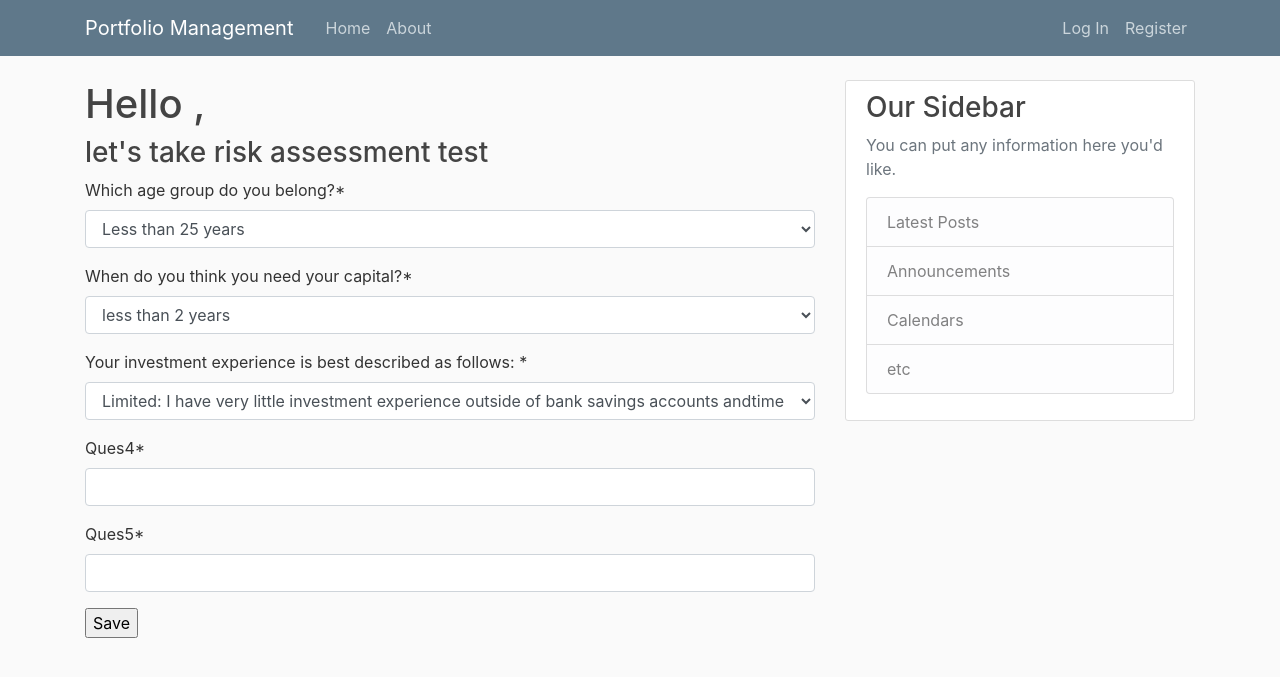
Repository: rahulsolankib/portfolio
Page: http://localhost/questions/
The author's editor kept a copy of each file at every save. The page is drawn from the files as they stood at one save, then again after the next save.
The browser window is 1280 px wide. The pictures show the whole page.
The page is served by the project's application, run on Django 3.2 (manage.py). Other server files are loaded and not shown.

Above is the page before, as saved 2020-10-20 00:42:01.

### riskCalculator/templates/riskCalculator/questions.html
{% extends "startPage/base.html" %}
{% load crispy_forms_tags %}
{% crispy example_form %}


{% block content %}
    <h1>Hello {{user.username}},</h1>
    <h3>let's take risk assessment test</h3>
    <form method='POST'>
        {% csrf_token %}
        {{formRec | crispy}}

        <input type='submit' value="Save" />
    </form>

{% endblock content %}

### startPage/templates/startPage/base.html
{% load static %}
<!DOCTYPE html>
<html>
<head>
    <meta charset="utf-8">
    <meta name="viewport" content="width=device-width, initial-scale=1, shrink-to-fit=no">

    <!-- Bootstrap CSS -->
    <link rel="stylesheet" href="https://stackpath.bootstrapcdn.com/bootstrap/4.5.2/css/bootstrap.min.css" integrity="sha384-JcKb8q3iqJ61gNV9KGb8thSsNjpSL0n8PARn9HuZOnIxN0hoP+VmmDGMN5t9UJ0Z" crossorigin="anonymous">

    <link rel="stylesheet" type="text/css" href="{% static 'startPage/main.css' %}">
    {% if title %}
        <title>Django - {{title}}</title>
    {% else %}
        <title>Django</title>
    {% endif %}
</head>
<body>
    <header class="site-header">
        <nav class="navbar navbar-expand-md navbar-dark bg-steel fixed-top">
            <div class="container">
            <a class="navbar-brand mr-4" href="{% url 'Start-Page' %}">Portfolio Management</a>
            <button class="navbar-toggler" type="button" data-toggle="collapse" data-target="#navbarToggle" aria-controls="navbarToggle" aria-expanded="false" aria-label="Toggle navigation">
            <span class="navbar-toggler-icon"></span>
            </button>
            <div class="collapse navbar-collapse" id="navbarToggle">
                <div class="navbar-nav mr-auto">
                <a class="nav-item nav-link" href="{% url 'Start-Page' %}">Home</a>
                <a class="nav-item nav-link" href="{% url 'About-Page' %}">About</a>
                {% if user.is_authenticated %}
                    <a class="nav-item nav-link" href="{% url 'questions' %}">Risk-Assessment</a>
                {% endif%}
                </div>
                <!-- Navbar Right Side -->
                <div class="navbar-nav">
                {% if user.is_authenticated %}
                    <a class="nav-item nav-link" href="{% url 'profile' %}">@{{user.username}}</a>
                    <a class="nav-item nav-link" href="{% url 'logout' %}">Log Out</a>
                {% else %}
                    <a class="nav-item nav-link" href="{% url 'login' %}">Log In</a>
                    <a class="nav-item nav-link" href="{% url 'register' %}">Register</a>
                {% endif%}
                </div>
            </div>
            </div>
        </nav>
    </header>
    <main role="main" class="container">
        <div class="row">
            <div class="col-md-8">
                {% if messages %}
                    {% for message in messages%}
                        <div class="alert alert-{{message.tags}}">
                            {{message}}
                        </div>
                    {% endfor %}
                {% endif %}
                {% block content %}{% endblock %}
            </div>
            <div class="col-md-4">
            <div class="content-section">
                <h3>Our Sidebar</h3>
                <p class='text-muted'>You can put any information here you'd like.
                <ul class="list-group">
                    <li class="list-group-item list-group-item-light">Latest Posts</li>
                    <li class="list-group-item list-group-item-light">Announcements</li>
                    <li class="list-group-item list-group-item-light">Calendars</li>
                    <li class="list-group-item list-group-item-light">etc</li>
                </ul>
                </p>
            </div>
            </div>
        </div>
    </main>


    <script src="https://code.jquery.com/jquery-3.5.1.slim.min.js" integrity="sha384-DfXdz2htPH0lsSSs5nCTpuj/zy4C+OGpamoFVy38MVBnE+IbbVYUew+OrCXaRkfj" crossorigin="anonymous"></script>
    <script src="https://cdn.jsdelivr.net/npm/popper.js@1.16.1/dist/umd/popper.min.js" integrity="sha384-9/reFTGAW83EW2RDu2S0VKaIzap3H66lZH81PoYlFhbGU+6BZp6G7niu735Sk7lN" crossorigin="anonymous"></script>
    <script src="https://stackpath.bootstrapcdn.com/bootstrap/4.5.2/js/bootstrap.min.js" integrity="sha384-B4gt1jrGC7Jh4AgTPSdUtOBvfO8shuf57BaghqFfPlYxofvL8/KUEfYiJOMMV+rV" crossorigin="anonymous"></script>
</body>
</html>

### riskCalculator/forms.py
from django import forms

from .models import Que,RiskModel


class QForm(forms.Form):
    age_group=(
            (4,'Less than 25 years')
            ,(3,'25-35 years')
            ,(2,'36-40 years')
            ,(1,'51 above')
    )

    returnyear_group=(
            (1,'less than 2 years')
            ,(2,'2-5 years')
            ,(3,'more than 5 years')
    )

    experience_group=(
            (1,'Limited: I have very little investment experience outside of bank savings accounts andtime deposits. Slightly related')
            ,(2,'Moderate: I have some experience investing')
            ,(3,'Extensive: I am an active and experienced investor')
    )

    ques1 = forms.TypedChoiceField(label='Which age group do you belong?',choices=age_group, coerce=int, initial=4)
    ques2 = forms.TypedChoiceField(label='When do you think you need your capital?',choices=returnyear_group, coerce=int, initial=1)
    ques3 = forms.TypedChoiceField(label='Your investment experience is best described as follows: ',choices=experience_group, coerce=int, initial=1)
    ques4 = forms.CharField()
    ques5 = forms.CharField()


class QueForm(forms.ModelForm):
    class Meta:
        model = Que
        fields = ['ques1','ques2','ques3','ques4','ques5']


class RiskForm(forms.ModelForm):
    class Meta:
        model = RiskModel
        fields = ['userid','risk_score']

### riskCalculator/models.py
from django.db import models
# from user.forms import User

# Create your models here.
class Que(models.Model):
    ques1 = models.CharField(max_length=120)
    ques2 = models.CharField(max_length=120)
    ques3 = models.CharField(max_length=120)
    ques4 = models.CharField(max_length=120)
    ques5 = models.CharField(max_length=120)

class RiskModel(models.Model):
    userid = models.IntegerField(unique=True)
    risk_score = models.DecimalField(
                         max_digits = 5,
                         decimal_places = 2)

### riskCalculator/views.py
from django.shortcuts import render
from .forms import QueForm,RiskForm,QForm

from .models import RiskModel

def questions(request):
    formRec = QForm(request.POST or None)
    context = {
        'formRec': formRec
    }
    userid = request.user.id


    data = {'userid' : userid, 'risk_score':32}
    form = RiskForm(data)
    if form.is_valid():
        profile = form.save(commit = True)
        profile.user = request.user
        profile.save()

    return render(request,'riskCalculator/questions.html',context)

### portfolio/urls.py
"""portfolio URL Configuration

The `urlpatterns` list routes URLs to views. For more information please see:
    https://docs.djangoproject.com/en/3.1/topics/http/urls/
Examples:
Function views
    1. Add an import:  from my_app import views
    2. Add a URL to urlpatterns:  path('', views.home, name='home')
Class-based views
    1. Add an import:  from other_app.views import Home
    2. Add a URL to urlpatterns:  path('', Home.as_view(), name='home')
Including another URLconf
    1. Import the include() function: from django.urls import include, path
    2. Add a URL to urlpatterns:  path('blog/', include('blog.urls'))
"""
from django.contrib import admin
from django.contrib.auth import views as auth_views
from django.urls import path,include
from user import views as user_views
from riskCalculator import views as riskCalculator_views

urlpatterns = [
    path('admin/', admin.site.urls),
    path('register/',user_views.register,name='register'),
    path('profile/',user_views.profile,name='profile'),
    path('',include('startPage.urls')),
    path('login/',auth_views.LoginView.as_view(template_name="user/login.html"),name='login'),
    path('logout/',auth_views.LogoutView.as_view(template_name="user/logout.html"),name='logout'),
    path('questions/',riskCalculator_views.questions,name='questions')
]

### startPage/urls.py
from django.urls import path
from . import views

urlpatterns = [
    path('', views.home,name="Start-Page"),
    path('about/', views.about,name="About-Page"),
]

### startPage/static/startPage/main.css
body {
    background: #fafafa;
    color: #333333;
    margin-top: 5rem;
  }

  h1, h2, h3, h4, h5, h6 {
    color: #444444;
  }

  ul {
    margin: 0;
  }

  .bg-steel {
    background-color: #5f788a;
  }

  .site-header .navbar-nav .nav-link {
    color: #cbd5db;
  }

  .site-header .navbar-nav .nav-link:hover {
    color: #ffffff;
  }

  .site-header .navbar-nav .nav-link.active {
    font-weight: 500;
  }

  .content-section {
    background: #ffffff;
    padding: 10px 20px;
    border: 1px solid #dddddd;
    border-radius: 3px;
    margin-bottom: 20px;
  }

  .article-title {
    color: #444444;
  }

  a.article-title:hover {
    color: #428bca;
    text-decoration: none;
  }

  .article-content {
    white-space: pre-line;
  }

  .article-img {
    height: 65px;
    width: 65px;
    margin-right: 16px;
  }

  .article-metadata {
    padding-bottom: 1px;
    margin-bottom: 4px;
    border-bottom: 1px solid #e3e3e3
  }

  .article-metadata a:hover {
    color: #333;
    text-decoration: none;
  }

  .article-svg {
    width: 25px;
    height: 25px;
    vertical-align: middle;
  }

  .account-img {
    height: 125px;
    width: 125px;
    margin-right: 20px;
    margin-bottom: 16px;
  }

  .account-heading {
    font-size: 2.5rem;
  }

After the next save:
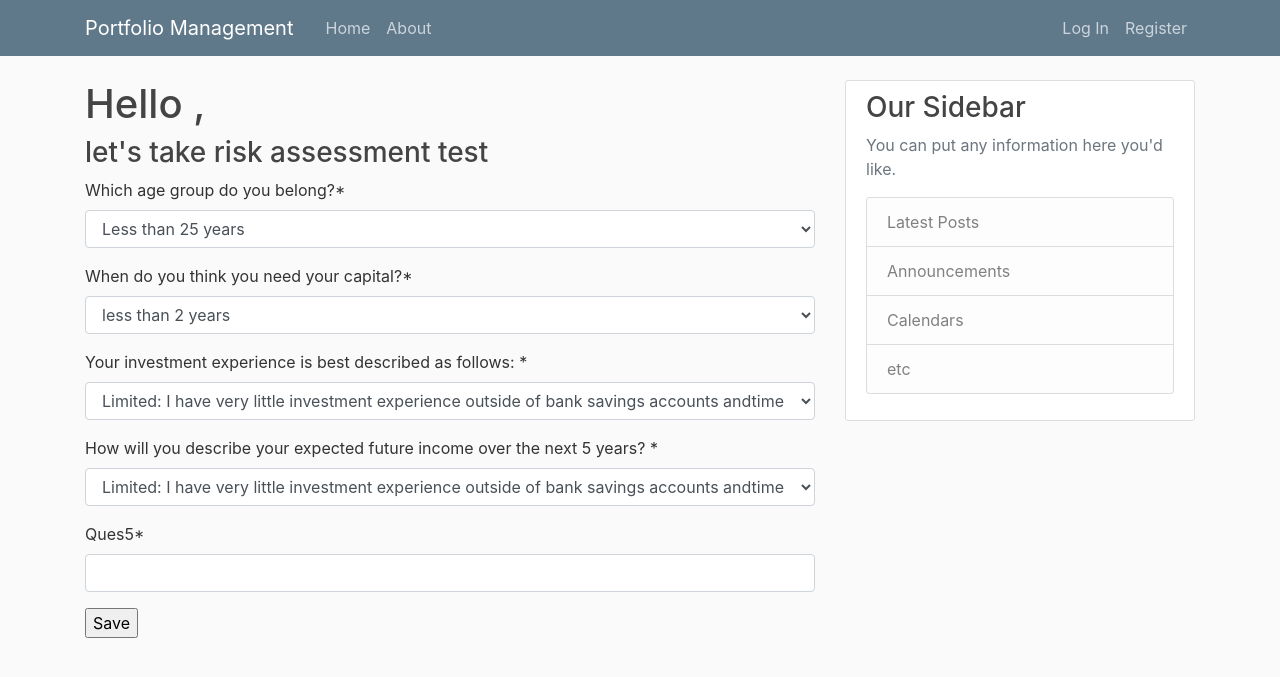
Saved 6 min 27 s later.
--- a/riskCalculator/forms.py
+++ b/riskCalculator/forms.py
@@ -23,10 +23,15 @@ class QForm(forms.Form):
             ,(3,'Extensive: I am an active and experienced investor')
     )
 
+    income_status = (
+        (1,'I expect my income to decrease')
+        ,(2,'I expect my income to remain steady')
+        ,(3,'I expect my income to increase')
+    )
     ques1 = forms.TypedChoiceField(label='Which age group do you belong?',choices=age_group, coerce=int, initial=4)
     ques2 = forms.TypedChoiceField(label='When do you think you need your capital?',choices=returnyear_group, coerce=int, initial=1)
     ques3 = forms.TypedChoiceField(label='Your investment experience is best described as follows: ',choices=experience_group, coerce=int, initial=1)
-    ques4 = forms.CharField()
+    ques4 = forms.TypedChoiceField(label='How will you describe your expected future income over the next 5 years? ',choices=experience_group, coerce=int, initial=1)
     ques5 = forms.CharField()
 
 
